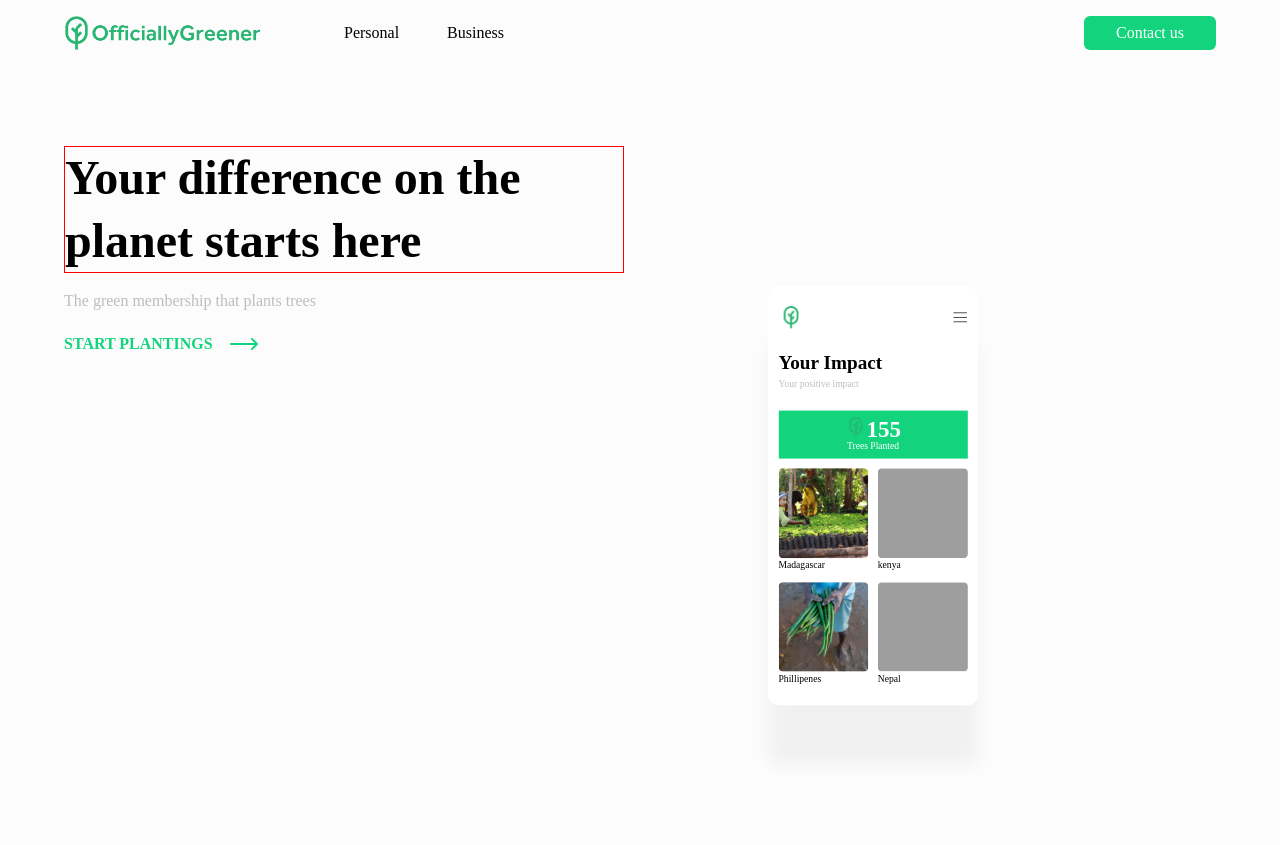
Repository: Sinkycode/Officially-Greener
Page: index.html
The author's editor kept a copy of each file at every save. The page is drawn from the files as they stood at one save, then again after the next save.
The browser window is 1280 px wide. The pictures show the whole page.
Pictures or frames that could not be fetched are drawn as grey boxes.

Above is the page before, as saved 2023-03-07 23:19:22.

After the next save:
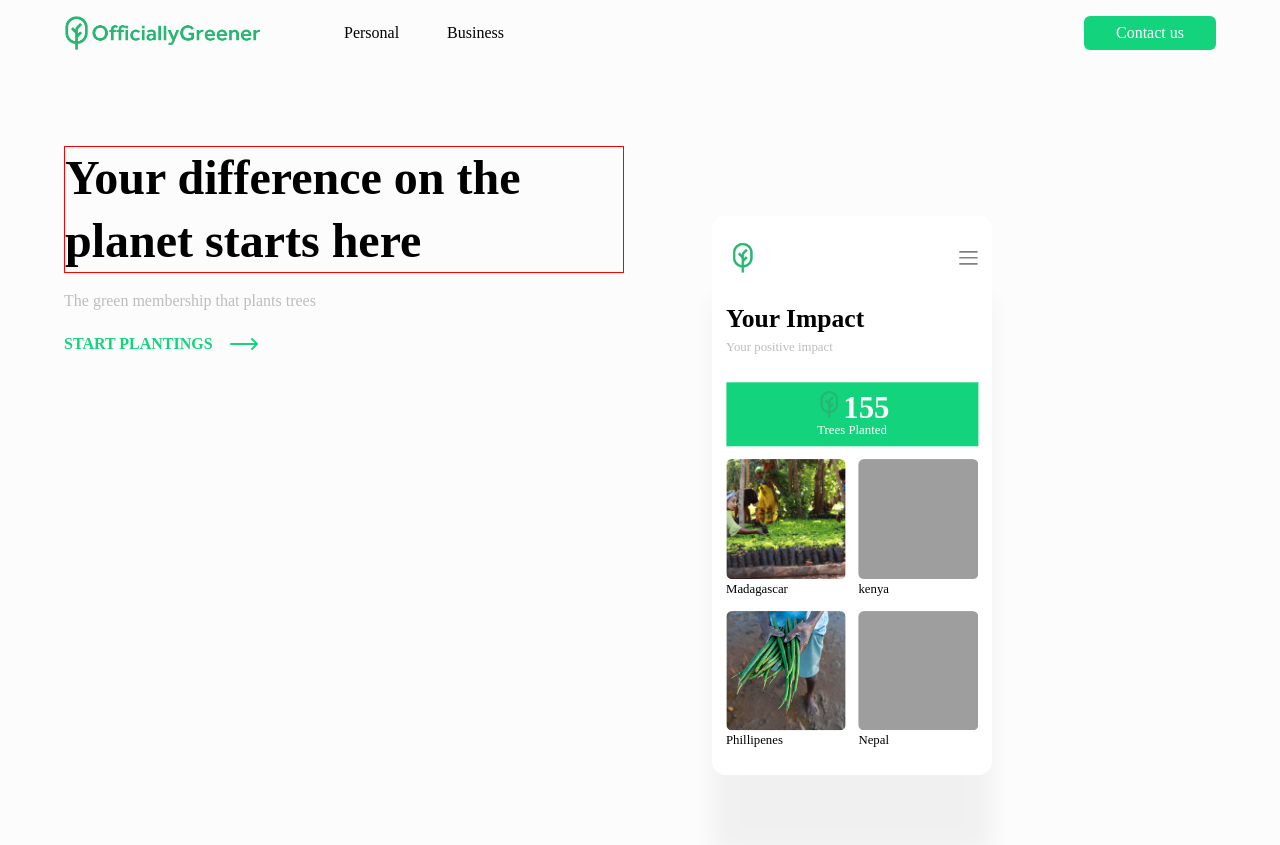
Saved 5 s later.
--- a/style.css
+++ b/style.css
@@ -120,7 +120,7 @@
 /* Mockup */
 
 .mockup {
-  transform: scale(.6)
+  transform: scale(.8)
 }
 
 .phone {
